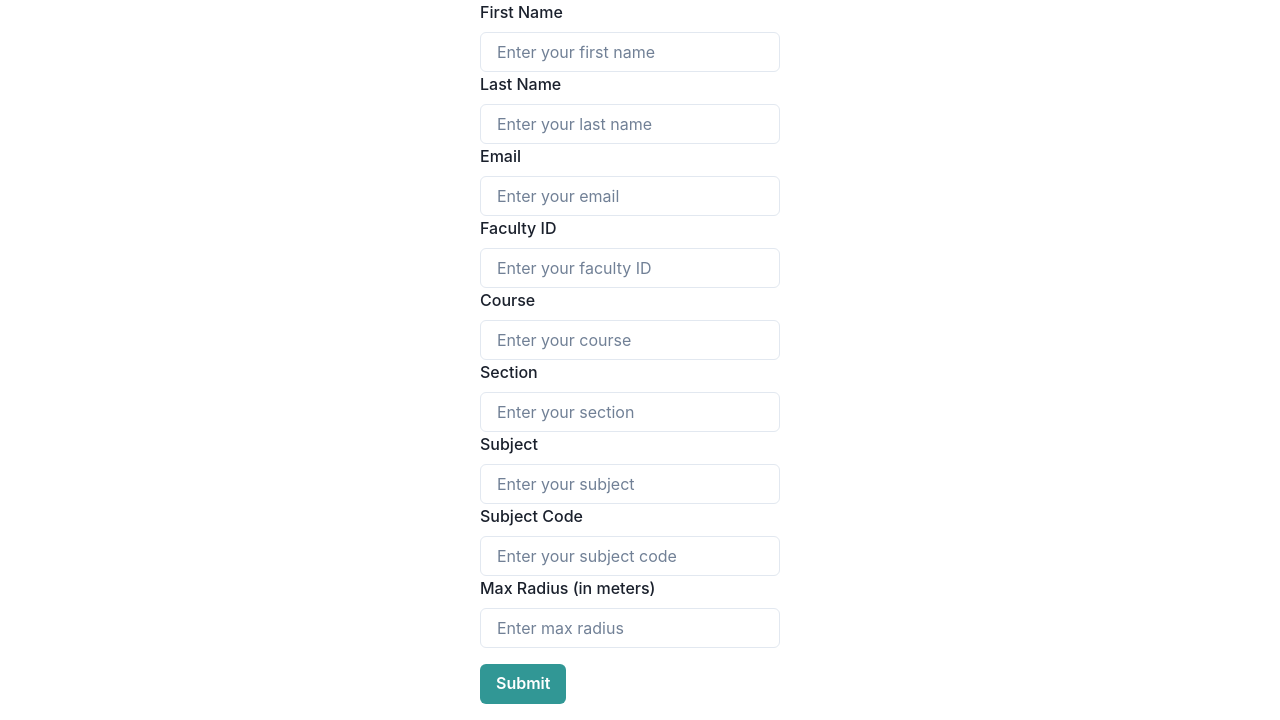
Repository: shash0708/attendence
Page: /form
The author's editor kept a copy of each file at every save. The page is drawn from the files as they stood at one save, then again after the next save.
The browser window is 1280 px wide. The pictures show the whole page.
The project was rebuilt for these pictures with package versions that can differ from the ones it lists, and the page was loaded fresh each time. Also part of the build but not shown: src/App.css, client/src/components/Navbar/Navbar.component.jsx, src/components/Button/Button.component.jsx, src/components/Login/Login.component.jsx, src/components/homeProp/HomeProp.styles.scss, src/components/homeProp/HomeProp.component.jsx, src/routes/Home/Home.styles.scss, src/routes/Home/Home.component.jsx and 2 more.

Above is the page before, as saved 2024-04-06 21:59:48.

After the next save:
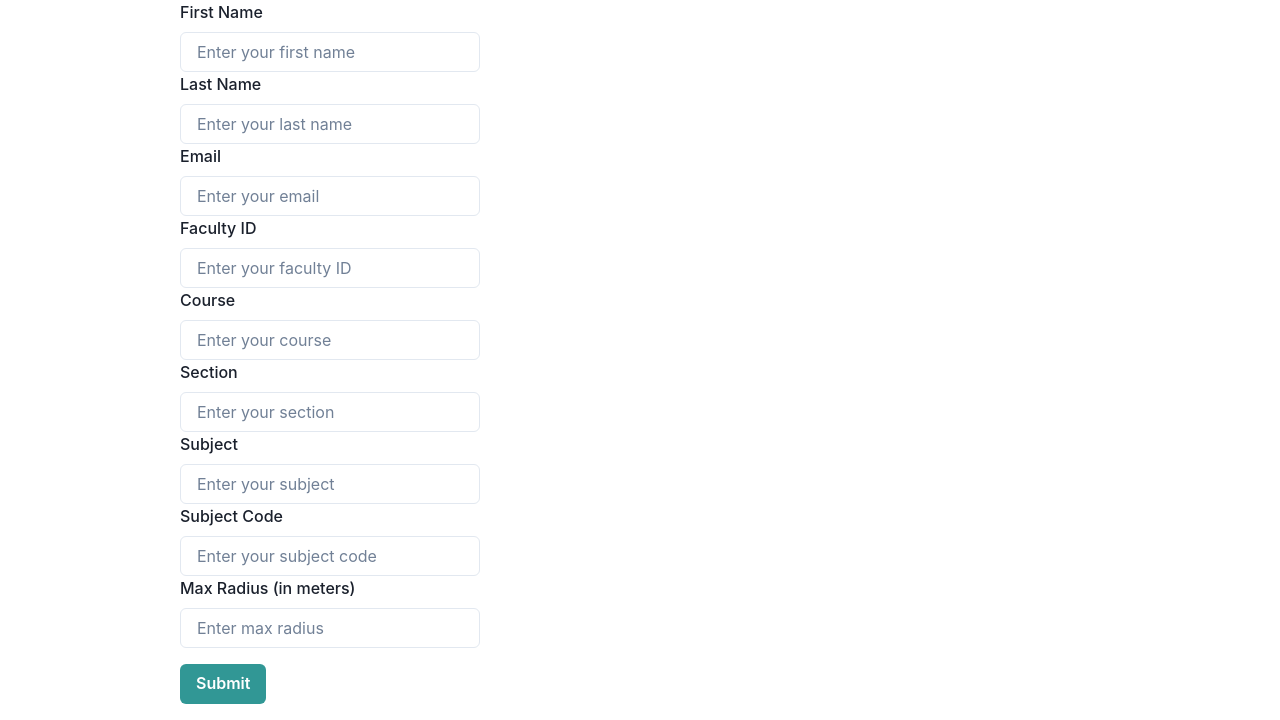
Saved 8 s later.
--- a/src/components/Form/From.component.jsx
+++ b/src/components/Form/From.component.jsx
@@ -25,7 +25,7 @@ export default function Form() {
   }
 
   return (
-    <Box width="300px" marginRight="500" marginLeft="auto">
+    <Box width="300px" marginRight="800" marginLeft="auto">
     <form onSubmit={handleSubmit(onSubmit)}>
     <FormControl isInvalid={errors.firstName}>
       <FormLabel htmlFor='firstName'>First Name</FormLabel>
